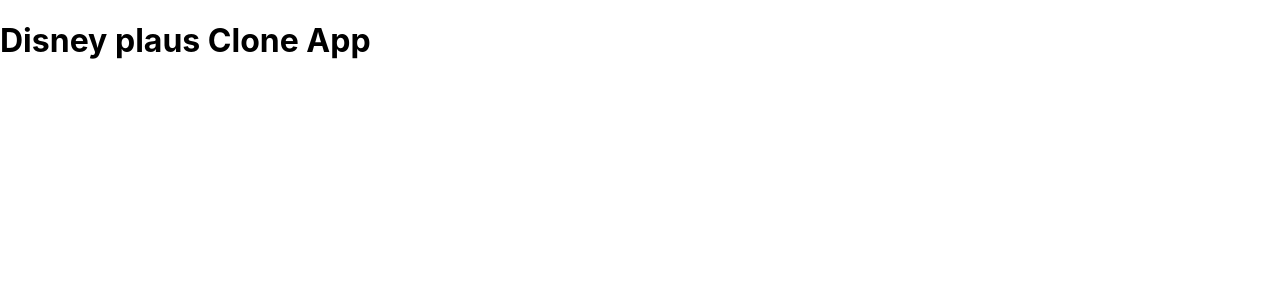
Repository: MarcoantonioCaldeira/Disney-Plus-Clone
Page: /
These files come from the project's save history. The page is drawn as it stood at one moment and after the next save; the edit follows.
The browser window is 1280 px wide. The pictures show the whole page.
The project was rebuilt for these pictures with package versions that can differ from the ones it lists, and the page was loaded fresh each time. Also part of the build but not shown: src/App.css.

Above is the page before, as saved 2023-03-12 17:01:33.

### src/index.js
import React from 'react';
import ReactDOM from 'react-dom';
import './index.css';
import App from './App';


ReactDOM.render(
  <React.StrictMode>
    <App />
  </React.StrictMode>,
    document.getElementById("root")
);

### src/App.js
import './App.css';

function App() {
  return (
    <div className="App">
      <h1>Disney plaus Clone App</h1>
    </div>
  );
}

export default App;

Loaded but not shown: public/index.html (common file); src/index.css (common file)

After the next save:
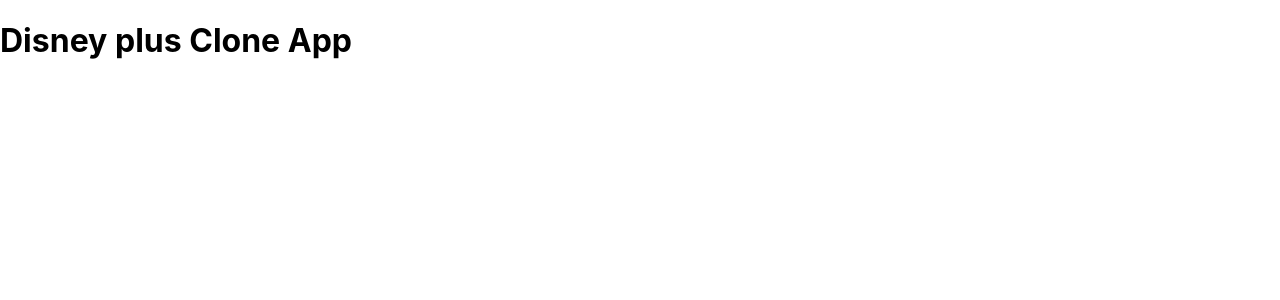
Saved 18 s later.
--- a/src/App.js
+++ b/src/App.js
@@ -3,7 +3,7 @@
 function App() {
   return (
     <div className="App">
-      <h1>Disney plaus Clone App</h1>
+      <h1>Disney plus Clone App</h1>
     </div>
   );
 }
